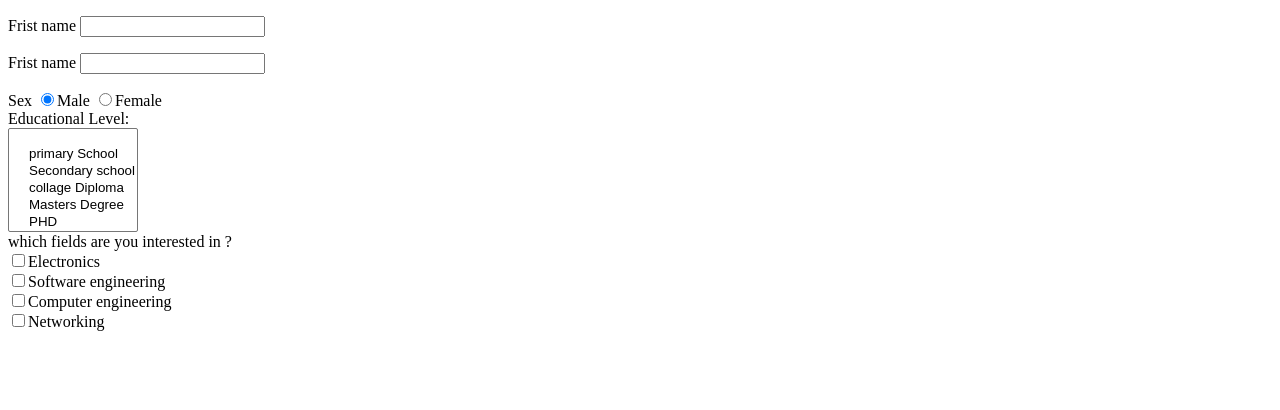
Repository: wakoya-tech/Node.js
Page: Desktop/Node-js/okey.html
The author's editor kept a copy of each file at every save. The page is drawn from the files as they stood at one save, then again after the next save.
The browser window is 1280 px wide. The pictures show the whole page.

Above is the page before, as saved 2025-11-13 16:19:54.

### Desktop/Node-js/okey.html
<!DOCTYPE html>
<html lang="en">
<head>
    <meta charset="UTF-8">
    <meta name="viewport" content="width=device-width, initial-scale=1.0">
    <title>Form Elements</title>
</head>
<body>
    <P>Frist name <input type="text"></P>
    <P>Frist name <input type="text"></P>
    <form >Sex
    <input type="radio"name="gender" value="male"checked="checked">Male
    <input type="radio"name="gender" value="female"">Female
    </form>
    Educational Level: <br>
    <select name="education" size="6">

        <optgroup>
            <option>primary School</option>
            <option>Secondary school</option>
            <option>collage Diploma</option>
            <option>Masters Degree</option>
            <option>PHD</option>
        </optgroup>
    </select> <br>
    which fields are you interested in ?<br>
    <input type="checkbox"name="choice1"value="Electronics">Electronics <br>
    <input type="checkbox"name="choice2"value="Software engineering">Software engineering<br>
    <input type="checkbox"name="choice1"value="Computer engineering">Computer engineering <br>
    <input type="checkbox"name="choice1"value="Networking">Networking<br>
</body>
</html>

After the next save:
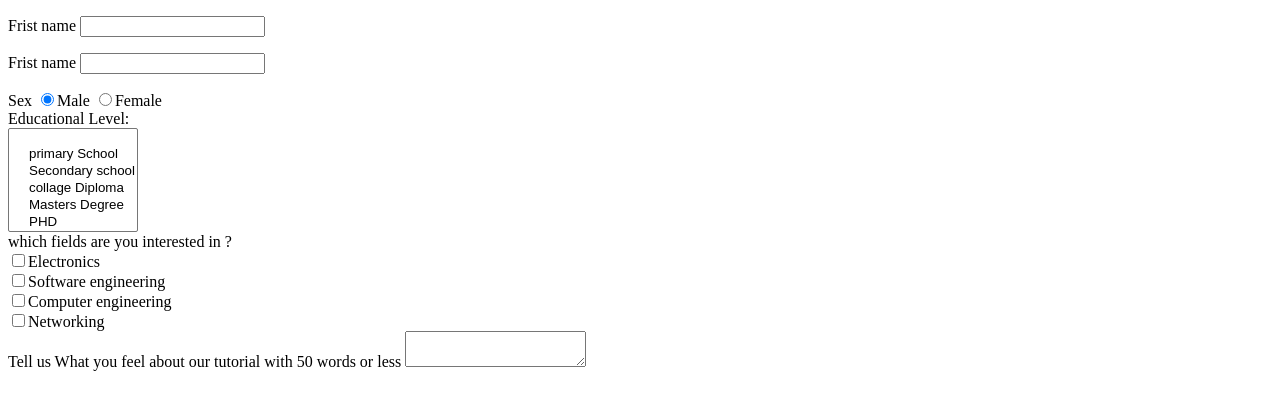
Saved 104 s later.
--- a/Desktop/Node-js/okey.html
+++ b/Desktop/Node-js/okey.html
@@ -28,5 +28,7 @@
     <input type="checkbox"name="choice2"value="Software engineering">Software engineering<br>
     <input type="checkbox"name="choice1"value="Computer engineering">Computer engineering <br>
     <input type="checkbox"name="choice1"value="Networking">Networking<br>
+Tell us What you feel about our tutorial with 50 words or less
+<textarea name="comment" id=""></textarea>
 </body>
 </html>
